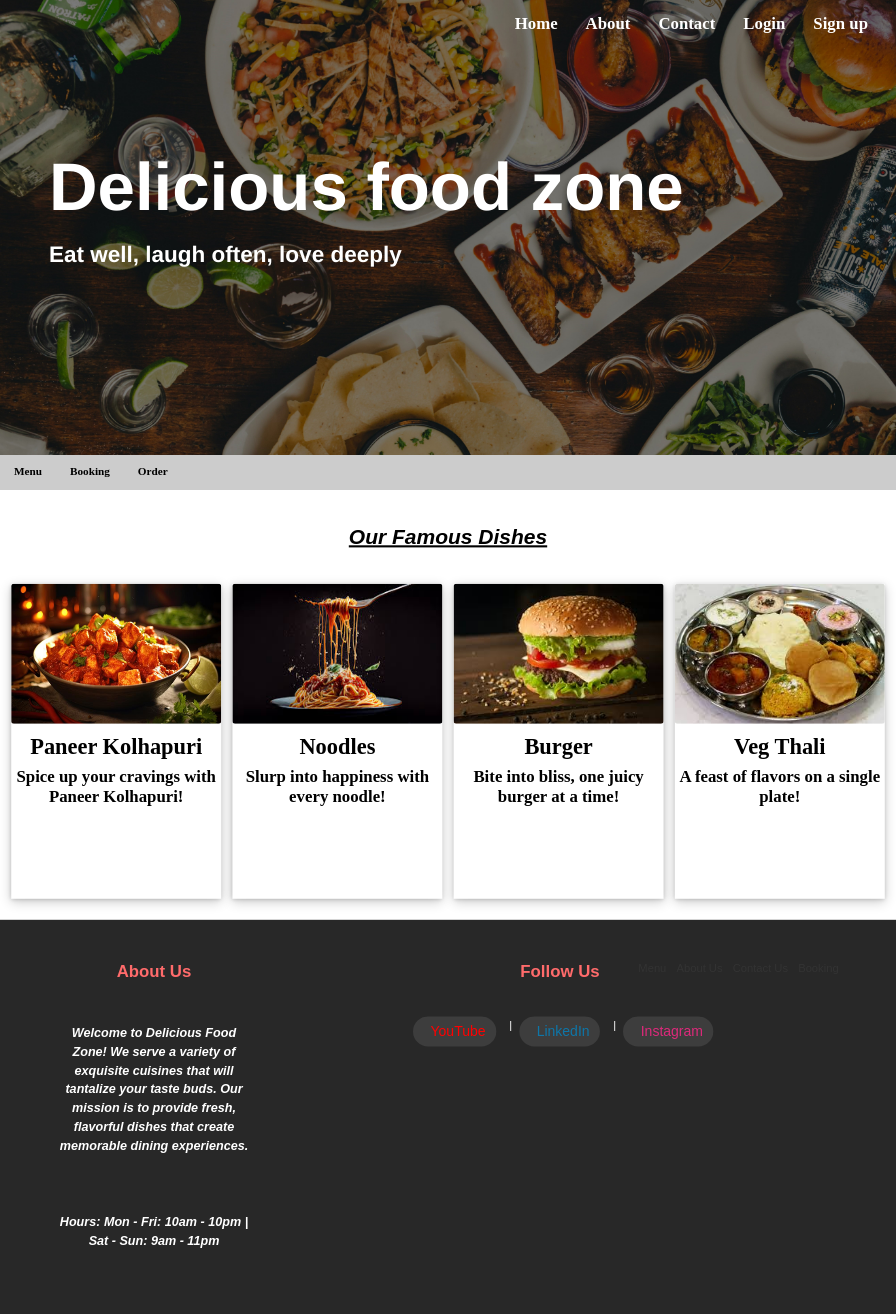
Repository: Shreya-Bonde/Restaurant-management-system
Page: index.html
These files come from the project's save history. The page is drawn as it stood at one moment and after the next save; the edit follows.
The browser window is 1280 px wide. The pictures show the whole page, at 70% of full size.

Above is the page before, as saved 2024-10-17 17:23:11.

### index.html
<!DOCTYPE html>
<html lang="en">
<head>
    <meta charset="UTF-8">
    <meta name="viewport" content="width=device-width, initial-scale=1.0">
    <title>Document</title>
    <link rel="stylesheet" href="style.css">
</head>
<body>
    <header>
        <div class="banner-container">
                <nav class="navbar">
                    <ul>
                        <li><a href="#home">Home</a></li>
                        <li><a href="/about.html">About</a></li>
                        <li><a href="/contact.html">Contact</a></li>
                        <li><a href="/login.html">Login</a></li>
                        <li><a href="#">Sign up</a></li>
                    </ul>
                </nav>
                <div class="centered-text">
                    <h1>Delicious food zone</h1>
                    <h6>Eat well, laugh often, love deeply</h6>
                </div>
         </div>
         <div class="nav-bar">
            <nav>
                <a class="menu-btn" href="#">Menu</a>
                <a class="menu-btn" href="#">Booking</a>
                <a class="menu-btn" href="#">Order</a>
            </nav>
         </div>
    </header>
        <p>Our Famous Dishes</p>
        <div class="Flex">
            <div class="flex-item fitem1">
                <img src="paneer kolhapuri.jpg" alt="">
                <h1>Paneer Kolhapuri</h1>
                <h2>Spice up your cravings with Paneer Kolhapuri!</h2>
            </div>
            <div class="flex-item fitem2">
                <img src="noodles1.jpg" alt="">
                <h1>Noodles</h1>
                <h2>Slurp into happiness with every noodle!</h2>
            </div>
            <div class="flex-item fitem3">
                <img src="burger.jpg" alt="">
                <h1>Burger</h1>
                <h2>Bite into bliss, one juicy burger at a time!</h2>
            </div>
            <div class="flex-item fitem4">
                <img src="veg thali.jpg" alt="">
                <h1>Veg Thali</h1>
                <h2>A feast of flavors on a single plate!</h2>
            </div>
        </div>


    <footer class="footer">
        <div class="footer-container">
            <div class="footer-about">
                <h2>About Us</h2>
                <p>
                    Welcome to Delicious Food Zone! We serve a variety of exquisite cuisines that will tantalize your taste buds. Our mission is to provide fresh, flavorful dishes that create memorable dining experiences.
                </p>
                <p>Hours: Mon - Fri: 10am - 10pm | Sat - Sun: 9am - 11pm</p>
            </div>



            <div class="footer-social">
                <h2>Follow Us</h2>
                <div class="social-icons">
                    <a href="https://www.facebook.com/yourrestaurant" target="_blank" aria-label="Facebook">
                        <i class="fab fa-facebook-f"></i></a>
                    <a href="https://twitter.com/yourrestaurant" target="_blank" aria-label="Twitter"><i class="fab fa-twitter"></i></a>
                    <a href="https://www.instagram.com/yourrestaurant" target="_blank" aria-label="Instagram"><i class="fab fa-instagram"></i></a>
                    <a href="https://www.tripadvisor.com/Restaurant_Review-g1234567-d12345678-Your_Restaurant_Name" target="_blank" aria-label="TripAdvisor"><i class="fab fa-tripadvisor"></i></a>
                </div>

                <div class="sm-handle">
                    <a href="http://www.youtube.com/amandhattarwal" target="_blank" class="yt_handle"
                     rel="noopener noreferrer"> <i class="fa fa-youtube fa-lg yt_handle"></i>YouTube</a>&nbsp;&nbsp;|&nbsp;&nbsp;
                <a href="http://www.linkedin.com/in/dhatterwalaman" target="_blank" class="linkedin_handle"
                rel="noopener noreferrer"> <i class="fa fa-linkedin fa-lg linkedin_handle"></i>LinkedIn</a>&nbsp;&nbsp;|&nbsp;&nbsp;
                <a href="http://www.instagram.com/dhattarwalaman" target="_blank" class="insta_handle"
                 rel="noopener noreferrer"> <i class="fa fa-instagram fa-lg insta_handle"></i>Instagram</a>

                </div>
            </div>

            <div class="footer-links">
                <a href="menu.html">Menu</a>
                 <a href="about.html">About Us</a>
                 <a href="contact.html">Contact Us</a>
                 <a href="reservations.html">Booking</a>
            </div>
        </div>


        <!-- <div class="footer-bottom">
            <p>&copy; 2024 Delicious Food Zone. All rights reserved.</p>
        </div> -->
    </footer>

</body>
</html>

### style.css
* {
    box-sizing: border-box;
    margin: 0;
    padding: 0;
}
.banner-container {
    background-image: url(background1.jpg);
    background-repeat: no-repeat;
    background-size: cover;
    position: relative;
    width: 100%;
    height: 650px;
}
.navbar {
    position: absolute;
    top: 0;
    right: 0;
    padding: 20px;
}
.centered-text {
    position: absolute;
    top: 30%;
    left: 70px;
    color: white;
    line-height: 1.5;
    font-weight: bold;
    font-size: 3rem;
    font-family: 'Franklin Gothic Medium', 'Arial Narrow', Arial, sans-serif;
}
h6 {
    justify-content: center;
    margin-bottom: 20px;
}
nav ul {
    list-style-type: none;
    margin: 0;
    padding: 0;
    display: flex;
    justify-content: right;
    font-size: 1.5rem;
}
nav ul li {
    margin: 0 20px;
}
nav ul li a {
    color: white;
    text-decoration: none;
    font-weight: bold;
}
nav ul li a:hover {
    text-decoration: underline;
}
.nav-bar {
    display: flex;
    background-color: #ccc;
    height: 50px;
    background-attachment: fixed;
}
.menu-btn {
    display: block;
    float: left;
    color: black;
    text-align: center;
    text-decoration: none;
    padding: 15px 20px;
    position: sticky;
    font-weight: bold;
}
.menu-btn:hover {
    background-color: #ddd;
    color: black;
}
.Flex {
    width: 100%;
    display: flex;
    flex-wrap: wrap;
    box-sizing: gray;
    align-items: center;
    justify-content: space-evenly;
}
.flex-item {
    box-shadow: 0 2px 6px 0 rgba(0,0,0,0.2), 0 4px 16px 0 rgba(0,0,0,0.2);
    margin: 0;
    padding: 0;
}
.flex-item img {
 width: 100%;
 object-fit: fill;
}
.flex-item {
    margin-top: 20px;
    margin-bottom: 30px;
    display: inline-block;
    background-color: white;
    width: 300px;
    height: 450px;
    text-align: center;
}
.flex-item:hover {
    transform: scale(1.05);
}
img {
    width: 100%;
    height: 200px;
    object-fit: fill;
    border-radius: 4px;
}
p {
    text-align: center;
    font-size: 30px;
    font-weight: bold;
    font-style: oblique;
    font-family: Arial, Helvetica, sans-serif;
    padding: 50px 20px 30px;
    text-decoration: underline;
}
.flex-item h2 {
    line-height: 1.2;
}
.flex-item h1 {
    padding-top: 10px;
    padding-bottom: 10px;
}

footer {
    background-color: #282828;
    color: #fff;
    padding: 40px 20px;
    text-align: center;
    font-family: 'Arial', sans-serif;
}

.footer-container {
    display: flex;
    justify-content: space-between;
    flex-wrap: wrap;
    max-width: 1200px;
    margin: 0 auto;
    padding: 20px;
}

.footer-about,
.footer-links,
.footer-social {
    flex: 1;
    min-width: 250px;
}

.footer-about h2,
.footer-links h2,
.footer-social h2 {
    color: #ff6b6b;
    margin-bottom: 10px;
}

.footer-about p {
    text-decoration: none;
    line-height: 1.5;
    font-size: 18px;
    margin: 1px 0;
}


/* .footer-links a {
    display: inline-block;
    float: right;
    color: white;
    text-align: center;
    text-decoration: none;
    padding: 15px 20px;
    position: sticky;
    color: #ff6b6b;
    text-decoration: none;
    transition: color 0.3s ease;
}

.footer-links a:hover {
    color: #fff;
} */
.footer-links {
    margin-top: 0px; /* Add some space above the links */
}

.footer-links a {
    display: inline-block;
    margin-right: 10px; /* Spacing between the links */
    text-decoration: none;
    color: #333; /* You can change the color if needed */
}

.footer-links a:hover {
    color: #007BFF; /* Hover effect on links */
}
.footer-social {
    margin-left: 200px; /* Adjust this value to shift further or less */
}
.footer-social .social-icons {
    display: flex;
    justify-content: center;
    margin-top: 10px;
}
.footer-social h2 {
    margin-bottom: 35px;
    margin-left: 120px; /* Adjust this value to control the shift */
}
.footer-social .social-icons a {
    color: #ff6b6b;
    margin-left: 10px;
    font-size: 24px;
    transition: color 0.3s ease;
}

.footer-social .social-icons a:hover {
    color: #fff;
}
.sm-handle {
    display: flex;          /* Use flexbox to align items horizontally */
    flex-wrap: nowrap;      /* Prevent items from wrapping to the next line */
    justify-content: space-between; /* Add space between items */
    align-items: center;    /* Center them vertically */
    margin-top: 10px;       /* Add some space above the sm-handle */
}
.sm-handle a {
    background-color: rgb(125 125 125 / 25%);
    padding: 10px 15px;
    border-radius: 30px;
    margin: 5px 10px;
    text-decoration: none;
    font-size: 1.25em;
}

.sm-handle a:hover {
    background-color: rgb(30 30 30 / 25%);
}

.sm-handle a i {
    margin: 5px;
}
.yt_handle {
    color: #FF0000;
}

  .linkedin_handle {
    color: #0e76a8;
}

.insta_handle {
    color: #dd2a7b;
}

.footer-bottom {
    margin-top: 20px;
    font-size: 10px;
    color: #ccc;
}

After the next save:
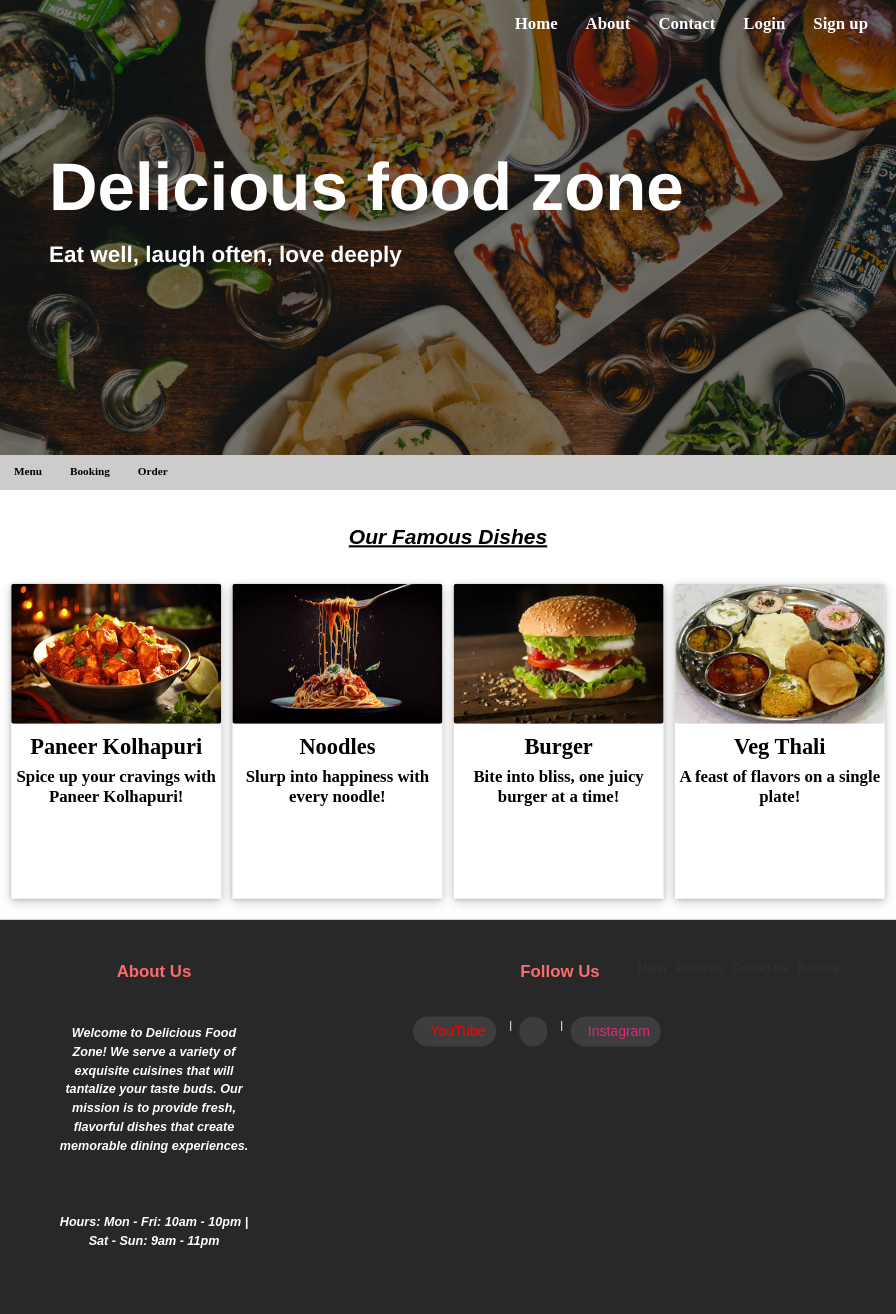
Saved 56 s later.
--- a/index.html
+++ b/index.html
@@ -82,7 +82,7 @@
                     <a href="http://www.youtube.com/amandhattarwal" target="_blank" class="yt_handle"
                      rel="noopener noreferrer"> <i class="fa fa-youtube fa-lg yt_handle"></i>YouTube</a>&nbsp;&nbsp;|&nbsp;&nbsp;
                 <a href="http://www.linkedin.com/in/dhatterwalaman" target="_blank" class="linkedin_handle"
-                rel="noopener noreferrer"> <i class="fa fa-linkedin fa-lg linkedin_handle"></i>LinkedIn</a>&nbsp;&nbsp;|&nbsp;&nbsp;
+                rel="noopener noreferrer"> <i class="fa fa-linkedin fa-lg linkedin_handle"></i></a>&nbsp;&nbsp;|&nbsp;&nbsp;
                 <a href="http://www.instagram.com/dhattarwalaman" target="_blank" class="insta_handle"
                  rel="noopener noreferrer"> <i class="fa fa-instagram fa-lg insta_handle"></i>Instagram</a>
 
